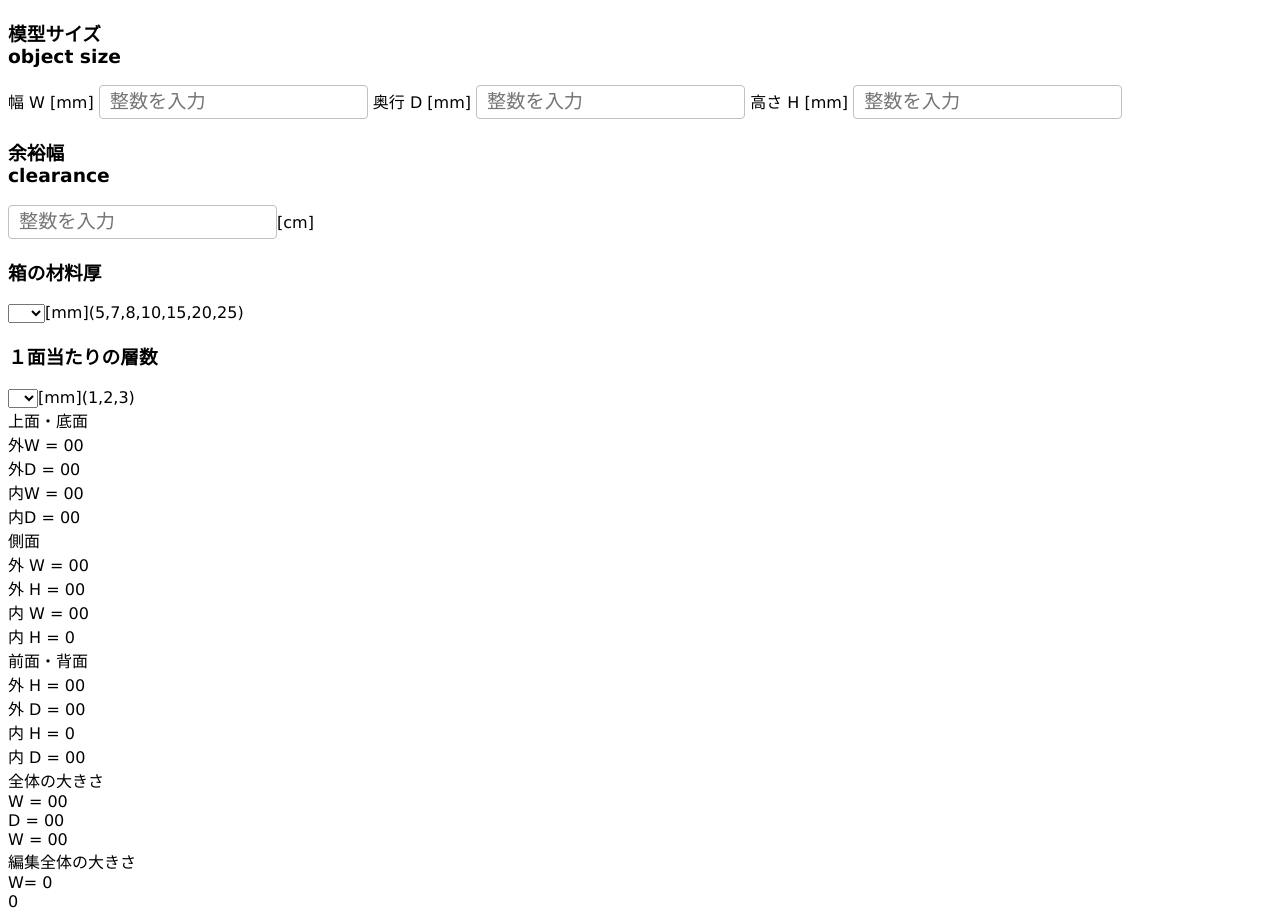
Repository: kiyo6318/project00
Page: index.html
The author's editor kept a copy of each file at every save. The page is drawn from the files as they stood at one save, then again after the next save.
The browser window is 1280 px wide. The pictures show the whole page.

Above is the page before, as saved 2020-08-16 16:58:51.

### index.html
<!DOCTYPE html>
<html lang="ja">
<head>
    <meta charset="UTF-8">
    <meta name="viewport" content="width=device-width, initial-scale=1.0">
    <title>project00</title>
    <script src="https://cdn.jsdelivr.net/npm/vue/dist/vue.js"></script>
    <script src="https://cdn.jsdelivr.net/npm/vee-validate@latest/dist/vee-validate.js"></script>
    <script src="https://unpkg.com/vee-validate@latest"></script>
    <link rel="stylesheet" href="css/style.css">
</head>
<body>
  <div id="app">
    <form>
      <h3>模型サイズ<br>object size</h3>
      <span>幅 W [mm]</span>
      <input v-model.number="width" type="number" placeholder="整数を入力" min="0">
      <span>奥行 D [mm]</span>
      <input v-model.number="depth" type="number" placeholder="整数を入力" min="0">
      <span>高さ H [mm]</span>
      <input v-model.number="height" type="number" placeholder="整数を入力" min="0">
      <h3>余裕幅<br>clearance</h3>
      <input v-model.number="clearance" type="number" placeholder="整数を入力" step="0.5" min="0">[cm]
      <h3>箱の材料厚</h3>
      <select v-model.number="materialThickness">
        <option value="5">5</option>
        <option value="7">7</option>
        <option value="8">8</option>
        <option value="10">10</option>
        <option value="15">15</option>
        <option value="20">20</option>
        <option value="25">25</option>
      </select>[mm](5,7,8,10,15,20,25)
      <h3>１面当たりの層数</h3>
      <select v-model.number="numberOfLayerBySurface">
        <option value="1">1</option>
        <option value="2">2</option>
        <option value="3">3</option>
      </select>[mm](1,2,3)
      <div>
        上面・底面
        <br>外W = {{ topBottomOutWidth }}
        <br>外D = {{ topBottomOutDepth }}
        <br>内W = {{ topBottomInWidth }}
        <br>内D = {{ topBottomInDepth }}
      </div>
      <div>
        側面
        <br>外 W = {{ sideOutWidth }}
        <br>外 H = {{ sideOutHeight }}
        <br>内 W = {{ sideInWidth }}
        <br>内 H = {{ sideInHeight }}
      </div>
      <div>
        前面・背面
        <br>外 H = {{ frontBackOutHeight }}
        <br>外 D = {{ frontBackOutDepth }}
        <br>内 H = {{ frontBackInHeight }}
        <br>内 D = {{ frontBackInDepth }}
      </div>
      <div>
        全体の大きさ
        <br>W = {{widthOverallSize}}
        <br>D = {{depthOverallSize}}
        <br>W = {{heightOverallSize}}
      </div>
      <div>
        編集全体の大きさ
        <br>W= {{editWidthOverallSize}}
      </div>
      <div>{{test}}</div>
    </form>
    </div>
  <script src="js/index.js"></script>
</body>
</html>

### css/style.css
body {
    font-family: Verdana, Geneva, "sans-serif";
}

input {
    border: 1px solid silver;
    border-radius: 4px;
    background: white;
    padding: 5px 10px;
    font-size: 1.2em;
}

### js/index.js
new Vue({
    el: '#app',
    data: {
        width: "",
        height: "",
        depth: "",
        clearance: "",
        materialThickness: "",
        numberOfLayerBySurface: ""
    },
    computed: {
        topBottomOutWidth: function (){
            return this.width + ( this.clearance * 2 * 10 ) + ( this.materialThickness * 4 )
        },
        topBottomOutDepth: function (){
            return this.depth + ( this.clearance * 2 * 10 ) + ( this.materialThickness * 4 )
        },
        topBottomInWidth: function (){
            return this.width + ( this.clearance * 2 * 10) + ( this.materialThickness * 2)
        },
        topBottomInDepth: function (){
            return this.depth + ( this.clearance * 2 * 10) + ( this.materialThickness * 2)
        },
        sideOutWidth: function (){
            return this.width + ( this.clearance * 2 * 10) + ( this.materialThickness * 4)
        },
        sideOutHeight: function (){
            return this.height + (this.clearance * 10) + ( this.materialThickness * 2)
        },
        sideInWidth: function (){
            return this.width + ( this.clearance * 2 * 10) + ( this.materialThickness * 2)
        },
        sideInHeight: function (){
            return this.height + (this.clearance * 10)
        },
        frontBackOutHeight: function (){
            return this.height + (this.clearance * 10) + ( this.materialThickness * 2)
        },
        frontBackOutDepth: function (){
            return this.depth + ( this.clearance * 2 * 10) + ( this.materialThickness * 2)
        },
        frontBackInHeight: function (){
            return this.height + (this.clearance * 10)
        },
        frontBackInDepth: function (){
            return this.depth + (this.clearance * 10) + ( this.materialThickness * 2)
        },
        widthOverallSize: function(){
            return this.width + (this.clearance * 10 * 2) + (this.materialThickness * this.numberOfLayerBySurface * 2)
        },
        depthOverallSize: function(){
            return this.depth + (this.clearance * 10 * 2) + (this.materialThickness * this.numberOfLayerBySurface * 2)
        },
        heightOverallSize: function(){
            return this.height + (this.clearance * 10) + (this.materialThickness * this.numberOfLayerBySurface * 2)
        },
        editWidthOverallSize: function(){
            return Math.floor(this.widthOverallSize / 10) * 10
        },
        test: function(){
            var num = this.widthOverallSize + "";
            if(num != null){
              return num.charAt(num.length -1)
            }
        }
    }
});

After the next save:
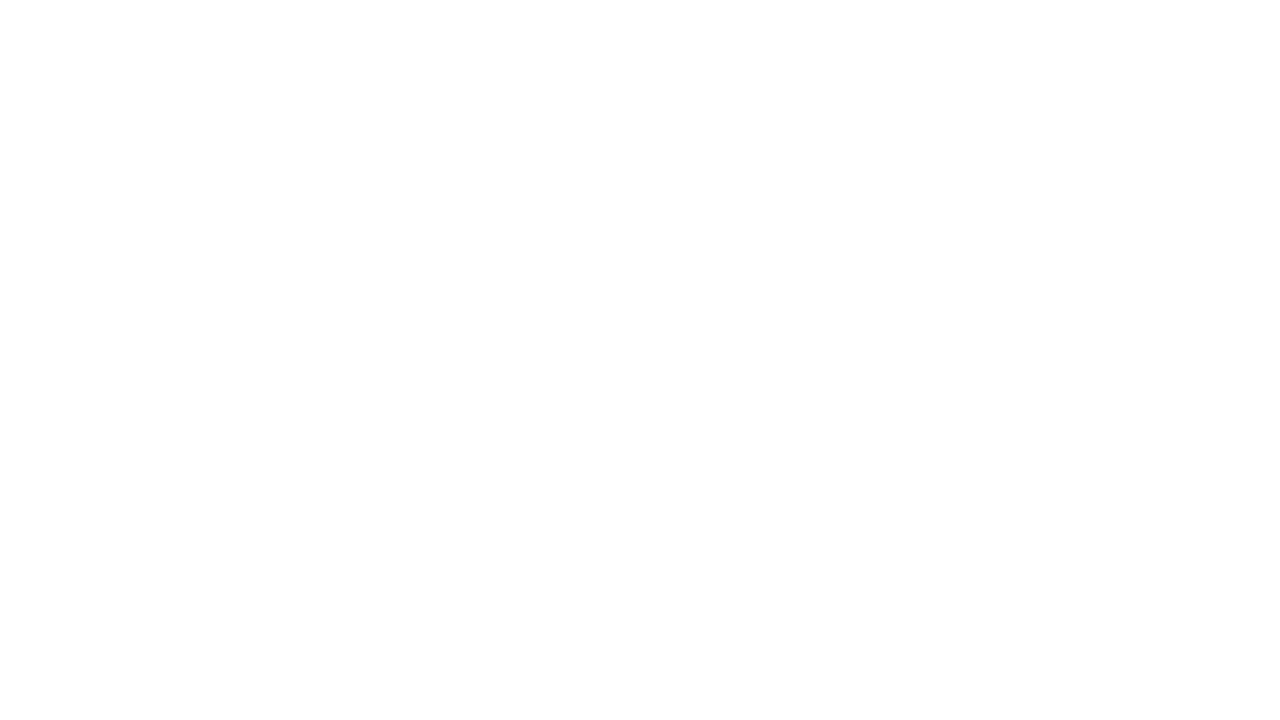
Saved 40 s later.
--- a/js/index.js
+++ b/js/index.js
@@ -58,7 +58,7 @@
             return Math.floor(this.widthOverallSize / 10) * 10
         },
         test: function(){
-            var num = this.widthOverallSize + "";
+            // var num = this.widthOverallSize + "";
             if(num != null){
               return num.charAt(num.length -1)
             }

After the save that followed:
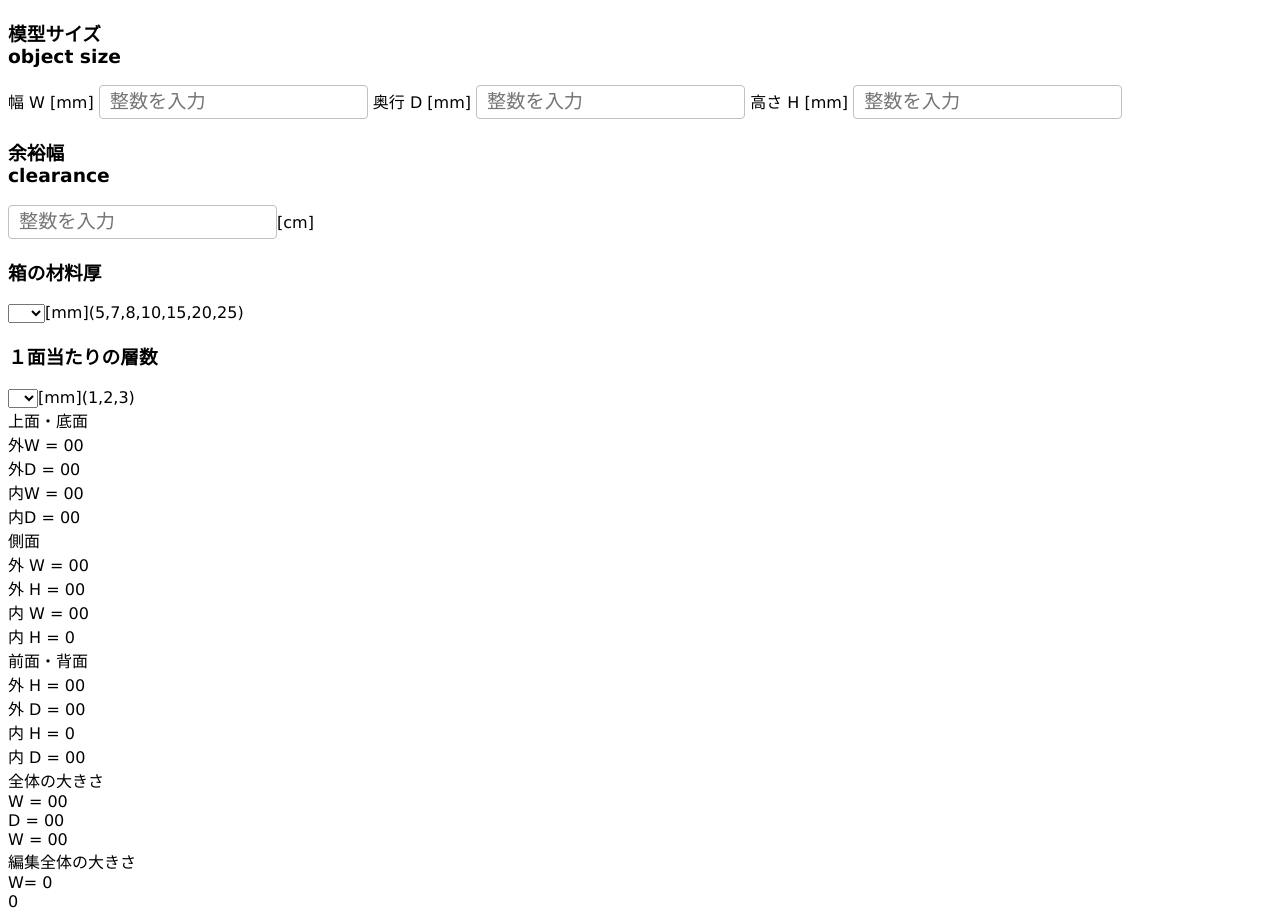
Saved 41 s later.
--- a/js/index.js
+++ b/js/index.js
@@ -59,8 +59,8 @@
         },
         test: function(){
             // var num = this.widthOverallSize + "";
-            if(num != null){
-              return num.charAt(num.length -1)
+            if(this.widthOverallSize != null){
+              return this.widthOverallSize.charAt(this.widthOverallSize.length -1)
             }
         }
     }
